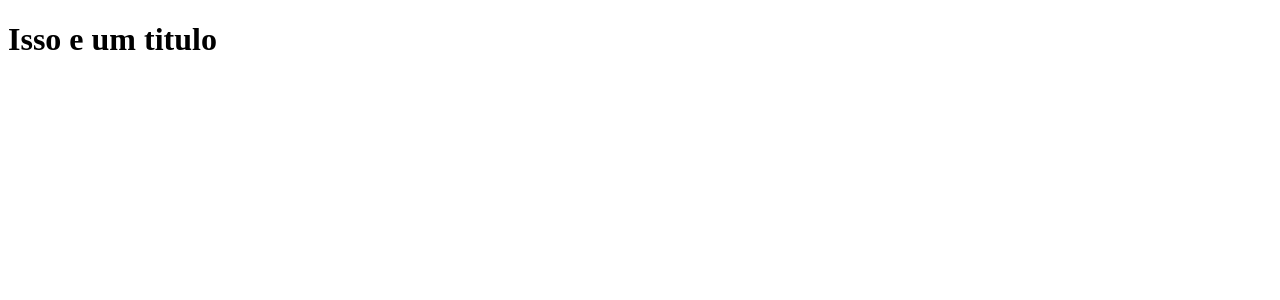
Repository: YoungAkira/CursoHtmlCss
Page: index.html
An editor plug-in stored every save of this project. The page is shown before and after the next save, followed by the edit.
The browser window is 1280 px wide. The pictures show the whole page.

Above is the page before, as saved 2023-05-11 11:27:28.

### index.html
<!DOCTYPE html>
    <html>
        <head>
            <title>Portfolio</title>
        </head>
        <body>
            <h1>Isso e um titulo</h1>
        </body>
    </html>

After the next save:
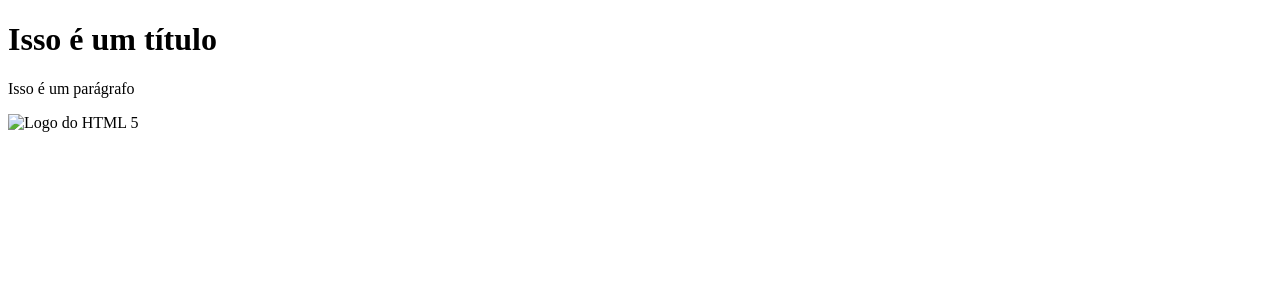
Saved 10 min 4 s later.
--- a/index.html
+++ b/index.html
@@ -1,9 +1,11 @@
 <!DOCTYPE html>
-    <html>
-        <head>
-            <title>Portfolio</title>
-        </head>
-        <body>
-            <h1>Isso e um titulo</h1>
-        </body>
-    </html>
+<html>
+    <head>
+        <title>Portfólio</title>
+    </head>
+    <body>
+        <h1>Isso é um título</h1>
+        <p>Isso é um parágrafo</p>
+        <img scr="html.png" alt="Logo do HTML 5">
+    </body>
+</html>
